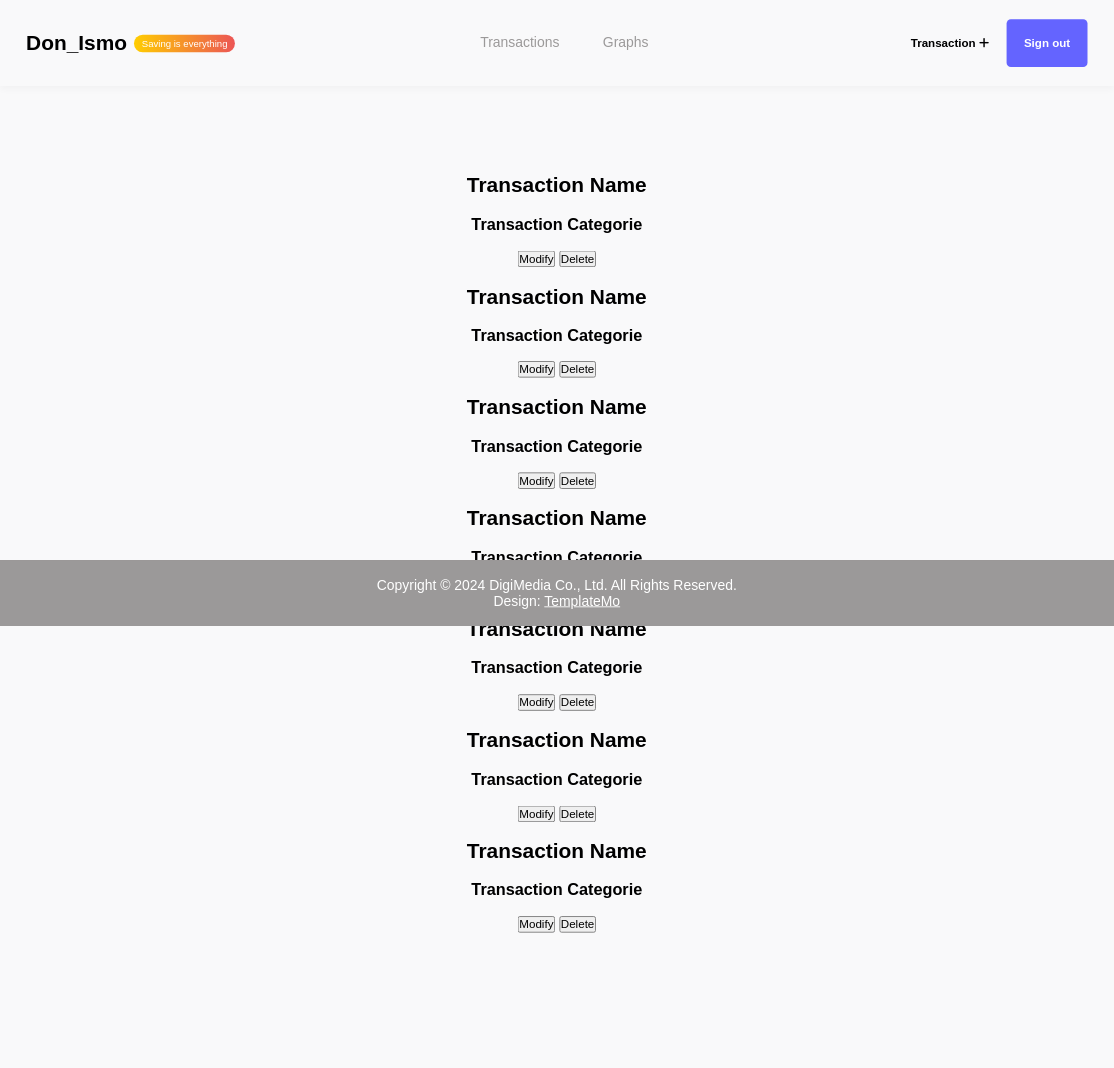
Repository: Ismail-ibr/pfa
Page: Dashboard/index.html
The author's editor kept a copy of each file at every save. The page is drawn from the files as they stood at one save, then again after the next save.
The browser window is 1280 px wide. The pictures show the whole page, at 87% of full size.

Above is the page before, as saved 2024-05-20 13:22:29.
Console error: ReferenceError: closeButton is not defined

### Dashboard/index.html
<!DOCTYPE html>
<html lang="en">

<head>
    <meta charset="UTF-8">
    <meta name="viewport" content="width=device-width, initial-scale=1.0">
    <link rel="stylesheet" href="./style.css">
    <link rel="stylesheet" href="https://cdnjs.cloudflare.com/ajax/libs/font-awesome/6.5.2/css/all.min.css">
    <title>Document</title>
    <script defer src="./script.js"></script>
</head>

<body>

    <div class="main-div">
        <div class="nav">
            <div class="logo">
                <h2>Don_Ismo</h1>
                    <h4>Saving is everything</h4>
            </div>
            <div class="list">
                <ul>
                    <li><a href="#">Transactions</a></li>
                    <li><a href="#">Graphs</a></li>
                </ul>
            </div>
            <div class="nav-button">
                <h5 class="btn-1 open-button-2">Transaction<i class="fa-solid fa-plus"></i></h5>
                <h5 class="btn-2 open-button">Sign out</h5>
            </div>
            <div class="main_box2" id="modal2">
                <h2>Adding Transaction</h2>
                <form method="POST">
                    <div class="user_box2">
                        <input type="text" name="" required>
                        <label>Transaction Name</label>
                    </div>
                    <div class="user_box2">
                        <input type="text" name="" required>
                        <label>Transaction Categorie</label>
                    </div>
                    <div class="user_box2">
                        <input type="text" name="" required>
                        <label>Ma3raftch chno akhor</label>
                    </div>
                    <div class="button_form2">
                        <a href="#" id="submit">Ajouter</a>
                    </div>
                </form>
            </div>
            <div id="over"></div>

            <div class="main_box" id="modal">
                <h2>Sign out</h2>
                <div class="user_box">
                    <h3>Are you sure you want to disconnect?</h3>
                </div>
                <div class="buttons_Sign_out">
                    <div class="button_form">
                        <a href="#" id="cancel">Cancel</a>
                    </div>
                    <div class="button_form">
                        <a href="#" id="submit">Disconnect</a>
                    </div>
                </div>
            </div>
            <div id="over"></div>
        </div>
        <div class="main-content">
            <div class="transaction">
                <div class="transac">
                    <div class="transac_descrip">
                        <h2>Transaction Name</h2>
                        <h3>Transaction Categorie</h3>
                    </div>
                    <div class="btns_transac">
                        <button class="modifier">Modify</button>
                        <button class="supprimer">Delete</button>
                    </div>
                </div>
                <div class="transac">
                    <div class="transac_descrip">
                        <h2>Transaction Name</h2>
                        <h3>Transaction Categorie</h3>
                    </div>
                    <div class="btns_transac">
                        <button class="modifier">Modify</button>
                        <button class="supprimer">Delete</button>
                    </div>
                </div>
                <div class="transac">
                    <div class="transac_descrip">
                        <h2>Transaction Name</h2>
                        <h3>Transaction Categorie</h3>
                    </div>
                    <div class="btns_transac">
                        <button class="modifier">Modify</button>
                        <button class="supprimer">Delete</button>
                    </div>
                </div>
                <div class="transac">
                    <div class="transac_descrip">
                        <h2>Transaction Name</h2>
                        <h3>Transaction Categorie</h3>
                    </div>
                    <div class="btns_transac">
                        <button class="modifier">Modify</button>
                        <button class="supprimer">Delete</button>
                    </div>
                </div>
                <div class="transac">
                    <div class="transac_descrip">
                        <h2>Transaction Name</h2>
                        <h3>Transaction Categorie</h3>
                    </div>
                    <div class="btns_transac">
                        <button class="modifier">Modify</button>
                        <button class="supprimer">Delete</button>
                    </div>
                </div>
                <div class="transac">
                    <div class="transac_descrip">
                        <h2>Transaction Name</h2>
                        <h3>Transaction Categorie</h3>
                    </div>
                    <div class="btns_transac">
                        <button class="modifier">Modify</button>
                        <button class="supprimer">Delete</button>
                    </div>
                </div>
                <div class="transac">
                    <div class="transac_descrip">
                        <h2>Transaction Name</h2>
                        <h3>Transaction Categorie</h3>
                    </div>
                    <div class="btns_transac">
                        <button class="modifier">Modify</button>
                        <button class="supprimer">Delete</button>
                    </div>
                </div>
            </div>
        </div>
        <footer>
            <div class="container">
                <div class="row">
                    <div class="col-lg-12">
                        <p>Copyright © 2024 DigiMedia Co., Ltd. All Rights Reserved.
                            <br>Design: <a href="https://templatemo.com" target="_parent"
                                title="free css templates">TemplateMo</a>
                        </p>
                    </div>
                </div>
            </div>
        </footer>
    </div>

</body>

</html>

### Dashboard/style.css
* {
  padding: 0;
  color: rgb(0, 0, 0);
  font-family: "Poppins", sans-serif;
  box-sizing: border-box;
}

body {
  background-color: #f9f9fa;
  margin: 0;
  padding: 0;
}

/*--         Design of the form Sign Up         --*/

.main_box {
  display: none;
}

.main_box,
.main_box2 {
  color: f2f4f9;
  position: fixed;
  top: 50%;
  left: 50%;
  transform: translate(-50%, -50%) scale(0);
  display: flex;
  flex-direction: column;
  align-items: center;
  justify-content: center;
  z-index: 10;
  transition: 200ms ease-in-out;
  width: 400px;
  padding: 40px;
  /* transform: translate(-50%, -50%); */
  background-color: whitesmoke;
  box-shadow: 0px 0px 10px white;
  border-radius: 10px;
}
.main_box h2,
.main_box2 h2 {
  font-family: "Poppins", sans-serif;
  font-size: 40px;
  margin: 0 0 30px;
  padding: 0;
  text-align: center;
  cursor: pointer;
}

.main_box2 .user_box2 input {
  position: relative;
  width: 100%;
  padding: 10px;
  font-size: 16px;
  margin-bottom: 30px;
  border: none;
  outline: none;
  border-bottom: black solid 2px;
  background-color: transparent;
}

.main_box2 .user_box2 label {
  position: relative;
  left: 0;
  top: -60px;
  padding: 10px 0;
  pointer-events: none;
  transition: 0.5s;
}

.main_box2 .user_box2 :focus ~ label,
.main_box2 .user_box2 :valid ~ label {
  top: -85px;
  font-size: 13px;
  left: 0;
}
.button_form,
.button_form2 {
  display: flex;
  flex-direction: row;
  justify-content: end;
  align-content: center;
}

.button_form :first-child,
.button_form2 :first-child {
  text-decoration: none;
  color: black;
  padding: 20px 30px;
  border: 2px solid black;
}
.button_form :first-child:hover,
.button_form2 :first-child:hover {
  background-color: black;
  color: white;
  transition: 0.5s;
}

.main_box.active,
.main_box2.active {
  transform: translate(-50%, -50%) scale(1);
}

.main_box h3 {
  text-align: center;
}

#over {
  position: fixed;
  top: 0;
  left: 0;
  bottom: 0;
  right: 0;
  background-color: hsl(0, 0%, 0%, 0.5);
  opacity: 0;
  pointer-events: none;
  transition: 200ms ease-in-out;
}

#over.active {
  pointer-events: all;
  opacity: 1;
}

.nav {
  display: flex;
  padding: 0 30px;
  justify-content: space-between;
  align-items: center;
  box-shadow: 0px 5px 8px rgba(0, 0, 0, 0.03);
}

.logo {
  display: flex;
  justify-content: center;
  align-items: center;
}

.logo h4 {
  color: white;
  background: linear-gradient(
    90deg,
    rgba(255, 205, 0, 1) 0%,
    rgba(236, 84, 84, 0.9921218487394958) 100%
  );
  font-size: 11px;
  padding: 4px 9px;
  margin-left: 8px;
  border-radius: 50px;
  cursor: pointer;
  font-weight: 100;
}

.list ul {
  display: flex;
  list-style: none;
  align-items: center;
  justify-content: center;
}

.list li {
  margin: 0px 25px;
}

.list a {
  text-decoration: none;
  color: rgb(155, 153, 153);
}

.list a::after {
  content: "";
  display: block;
  width: 0%;
  height: 2px;
  background-color: rgb(155, 153, 153);
  transition: 0.4s;
}

.list a:hover::after {
  content: "";
  width: 100%;
  display: block;
  height: 2px;
  background: rgb(155, 153, 153);
  transition: 0.4s;
}

.nav-button {
  display: flex;
  align-items: center;
  justify-content: center;
}

.nav-button h5 {
  cursor: pointer;
}

.btn-1 {
  margin: 0px 20px;
  color: black;
}

.btn-1 i {
  margin-left: 4px;
}

.btn-2 {
  color: white;
  padding: 20px;
  background: rgb(100, 100, 255);
  border-radius: 5px;
}

.main-content {
  display: flex;
  justify-content: center;
  align-items: center;
  margin: 80px 0;
  text-align: center;
}

.main-div {
  height: 100vh;
  margin: 0px;
  position: relative;
}

.buttons_Sign_out {
  display: flex;
  flex-direction: row;
  align-items: center;
  justify-content: space-between;
}

.grphs {
  width: 90vw;
  height: auto;
  display: flex;
  flex-wrap: wrap;
  align-items: center;
}

/*---------------footer-----------------*/
footer {
  background: rgb(155, 153, 153);
  padding: 5px 0px;
  position: sticky;
  bottom: 0;
  width: 100vw;
}

footer p {
  text-align: center;
  margin: 15px 0px;
  color: #fff;
}

footer p a {
  color: #fff;
  transition: all 0.5s;
}
/*---------------footer-----------------*/

### Dashboard/script.js
const openButton = document.querySelector(" .open-button");
const openButton2 = document.querySelector(" .open-button-2");

const over = document.getElementById("over");
const modal = document.querySelector(" .main_box");
const modal2 = document.querySelector(" .main_box2");

const button_close = document.getElementById("cancel");

openButton.addEventListener("click", () => {
  openModal(modal);
});

openButton2.addEventListener("click", () => {
  openModal(modal2);
});

function openModal(modalElement) {
  if (modalElement == null) return;
  modalElement.classList.add("active");
  over.classList.add("active");
}

over.addEventListener("click", () => {
  closeModal();
});

button_close.addEventListener("click", () => {
  closeModal();
});

closeButton.addEventListener("click", () => {
  closeModal();
});

function closeModal() {
  if (modal == null) return;
  modal.classList.remove("active");
  modal2.classList.remove("active");
  over.classList.remove("active");
}

After the next save:
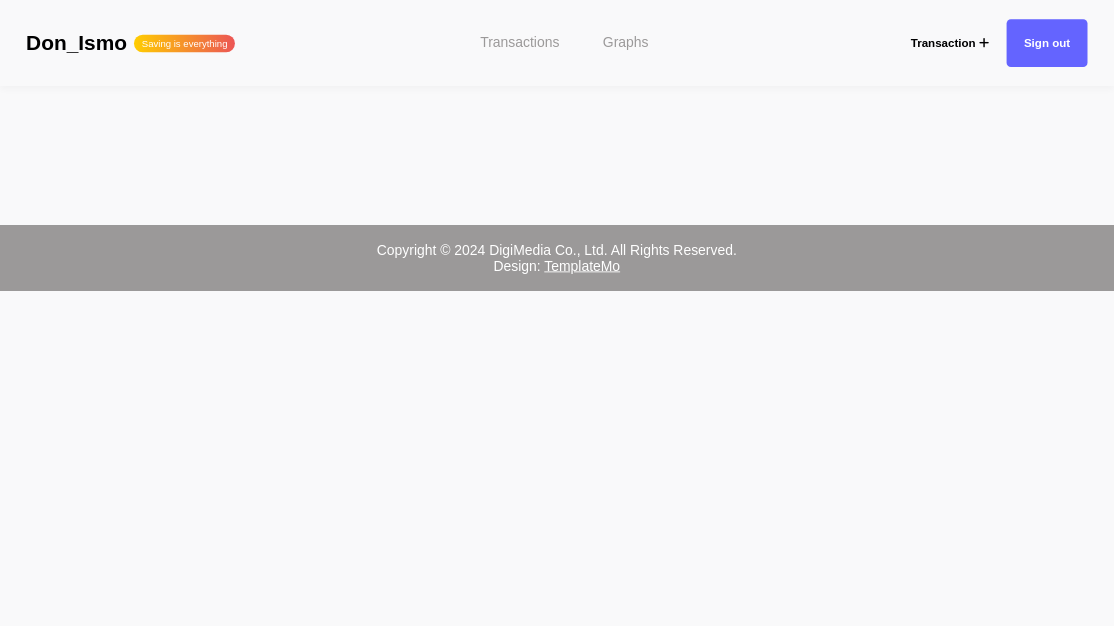
Saved 2 s later.
--- a/Dashboard/index.html
+++ b/Dashboard/index.html
@@ -67,77 +67,8 @@
             <div id="over"></div>
         </div>
         <div class="main-content">
-            <div class="transaction">
-                <div class="transac">
-                    <div class="transac_descrip">
-                        <h2>Transaction Name</h2>
-                        <h3>Transaction Categorie</h3>
-                    </div>
-                    <div class="btns_transac">
-                        <button class="modifier">Modify</button>
-                        <button class="supprimer">Delete</button>
-                    </div>
-                </div>
-                <div class="transac">
-                    <div class="transac_descrip">
-                        <h2>Transaction Name</h2>
-                        <h3>Transaction Categorie</h3>
-                    </div>
-                    <div class="btns_transac">
-                        <button class="modifier">Modify</button>
-                        <button class="supprimer">Delete</button>
-                    </div>
-                </div>
-                <div class="transac">
-                    <div class="transac_descrip">
-                        <h2>Transaction Name</h2>
-                        <h3>Transaction Categorie</h3>
-                    </div>
-                    <div class="btns_transac">
-                        <button class="modifier">Modify</button>
-                        <button class="supprimer">Delete</button>
-                    </div>
-                </div>
-                <div class="transac">
-                    <div class="transac_descrip">
-                        <h2>Transaction Name</h2>
-                        <h3>Transaction Categorie</h3>
-                    </div>
-                    <div class="btns_transac">
-                        <button class="modifier">Modify</button>
-                        <button class="supprimer">Delete</button>
-                    </div>
-                </div>
-                <div class="transac">
-                    <div class="transac_descrip">
-                        <h2>Transaction Name</h2>
-                        <h3>Transaction Categorie</h3>
-                    </div>
-                    <div class="btns_transac">
-                        <button class="modifier">Modify</button>
-                        <button class="supprimer">Delete</button>
-                    </div>
-                </div>
-                <div class="transac">
-                    <div class="transac_descrip">
-                        <h2>Transaction Name</h2>
-                        <h3>Transaction Categorie</h3>
-                    </div>
-                    <div class="btns_transac">
-                        <button class="modifier">Modify</button>
-                        <button class="supprimer">Delete</button>
-                    </div>
-                </div>
-                <div class="transac">
-                    <div class="transac_descrip">
-                        <h2>Transaction Name</h2>
-                        <h3>Transaction Categorie</h3>
-                    </div>
-                    <div class="btns_transac">
-                        <button class="modifier">Modify</button>
-                        <button class="supprimer">Delete</button>
-                    </div>
-                </div>
+            <div class="graphs">
+
             </div>
         </div>
         <footer>
